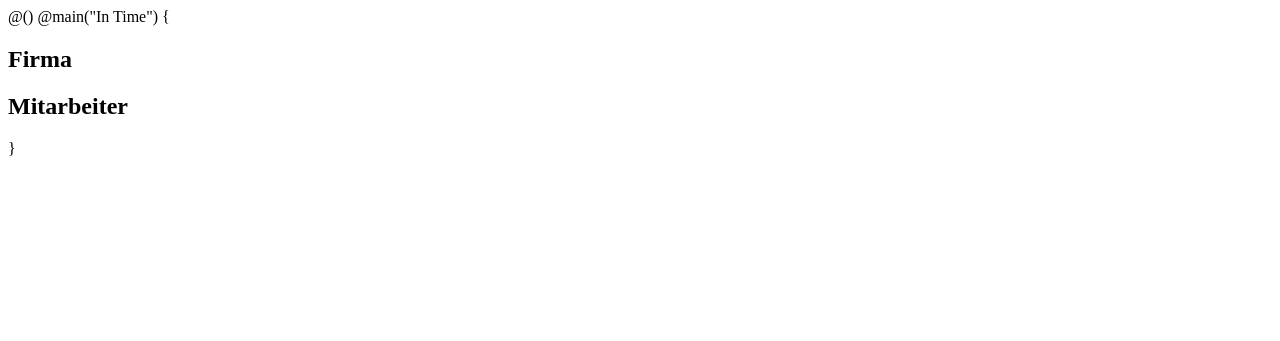
Repository: Avinukas/InTime
Page: intime/app/views/index.scala.html
An editor plug-in stored every save of this project. The page is shown before and after the next save, followed by the edit.
The browser window is 1280 px wide. The pictures show the whole page.

Above is the page before, as saved 2018-05-17 07:08:21.

After the next save:
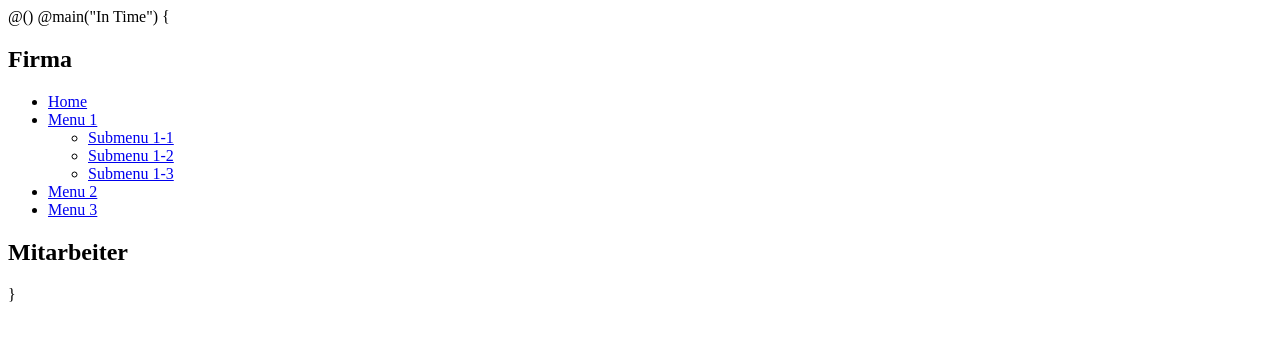
Saved 117 s later.
--- a/intime/app/views/index.scala.html
+++ b/intime/app/views/index.scala.html
@@ -1,13 +1,23 @@
-@()
-
-@main("In Time") {
-  <section class="container">
-    <div class="one border">
-    	<h2>Firma</h2>
-    </div>
-    <div class="two border">
-    	<h2>Mitarbeiter</h2>
-    </div>
+@() @main("In Time") {
+<section class="container">
+	<div class="one border">
+		<h2>Firma</h2>
+		<ul class="nav nav-tabs">
+			<li class="active"><a href="#">Home</a></li>
+			<li class="dropdown"><a class="dropdown-toggle"
+				data-toggle="dropdown" href="#">Menu 1 <span class="caret"></span></a>
+				<ul class="dropdown-menu">
+					<li><a href="#">Submenu 1-1</a></li>
+					<li><a href="#">Submenu 1-2</a></li>
+					<li><a href="#">Submenu 1-3</a></li>
+				</ul></li>
+			<li><a href="#">Menu 2</a></li>
+			<li><a href="#">Menu 3</a></li>
+		</ul>
+	</div>
+	<div class="two border">
+		<h2>Mitarbeiter</h2>
+	</div>
 </section>
 
 }
